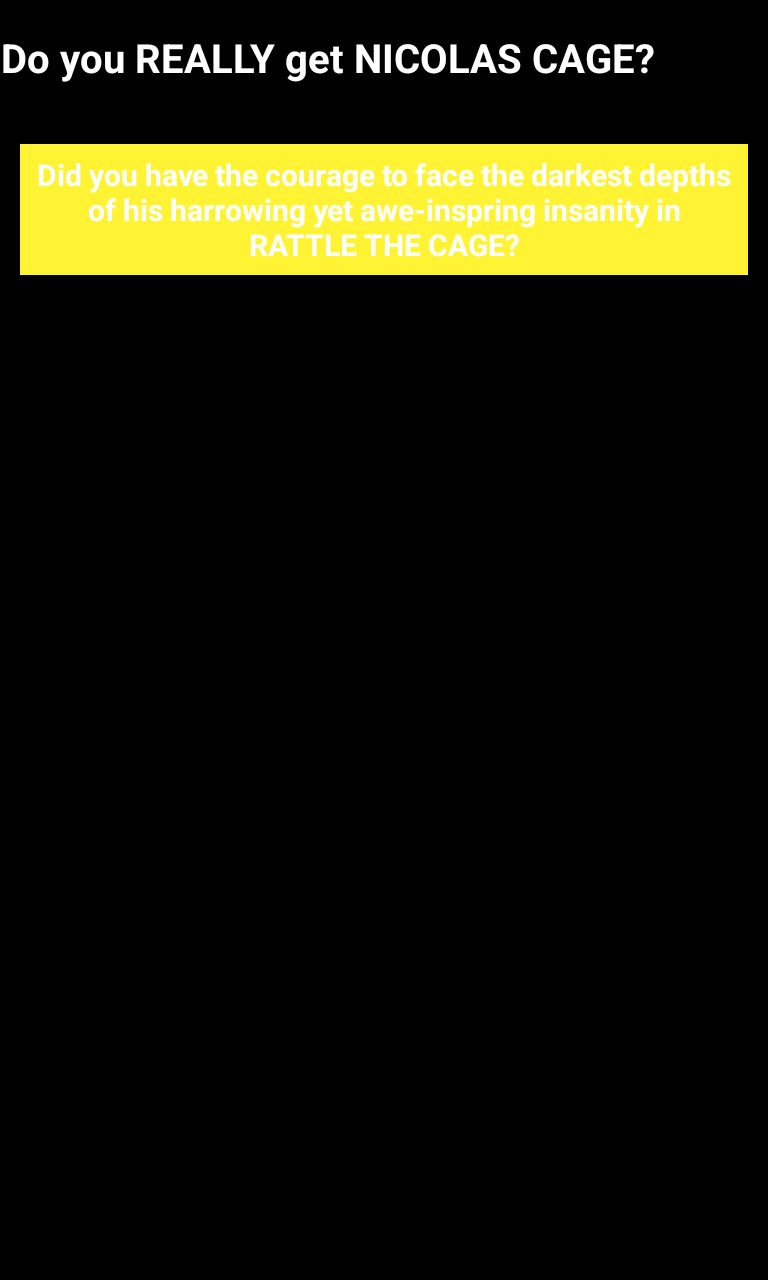
Repository: kylenicola/NicCageMobileApp
Layout: NicolasCageApp/res/layout/activity_score_menu.xml
An editor plug-in stored every save of this project. The layout is shown before and after a run of saves, followed by the edit.
It is drawn on a 768 x 1280 px phone screen (xhdpi) without system bars, with theme AppTheme; the app's code is not run.

Above is the layout before, as saved 2014-12-04 02:20:03.

### NicolasCageApp/res/layout/activity_score_menu.xml
<?xml version="1.0" encoding="utf-8"?>

<LinearLayout xmlns:android="http://schemas.android.com/apk/res/android"
	android:layout_width="match_parent"
	android:layout_height="match_parent"
	android:background="@android:color/background_dark"
	android:orientation="vertical" >

	 <TextView
	     android:id="@+id/scoreMenuTitle"
	     android:layout_width="wrap_content"
	     android:layout_height="wrap_content"
	     android:gravity="center"
	     android:layout_marginTop="15dp"
	     android:text="@string/score_menu_title"
	     android:textSize="20sp"
	     android:textStyle="bold"
	     android:textColor="@android:color/white" />

	 <Button
		android:id="@+id/button_scoreRattleTheCage"
	    android:layout_width="wrap_content"
	    android:layout_height="wrap_content"
	    android:layout_gravity="center"
	    android:layout_marginTop="30dp"
	    android:layout_marginLeft="10dp"
	    android:layout_marginRight="10dp"
	    android:paddingTop="5dp"
	    android:paddingBottom="5dp"
	    android:paddingLeft="5dp"
	    android:paddingRight="5dp"
	    android:background="#fff333"
	    android:text="@string/rattle_the_cage_score_description"
	    android:textColor="@android:color/white"
	    android:textStyle="bold"
	    android:textSize="15sp"
	    android:OnClick="onClickRattleTheCageScore" />




</LinearLayout>

### NicolasCageApp/res/values/strings.xml
<?xml version="1.0" encoding="utf-8"?>
<resources>

    <string name="app_name">NicolasCageApp</string>
    <string name="hello_world">Hello world!</string>
    <string name="action_settings">Settings</string>
    <string name="title_activity_abcs_with_nic">AbcsWithNic</string>
    <string name="takeQuiz">TAKE THE QUIZ</string>
    <string name="title_activity_settings">Settings</string>
    <string name="slow_down_ABCs">Slow down A, B, C game</string>
    <string name="noSlowDown">NICOLAS CAGE SLOWS DOWN FOR NO MAN</string>
    <string name="score_title">Scores</string>
    <string name="rattle_the_cage_title">Rattle The Cage</string>
    <string name="rattle_the_cage_label">Total Score: </string>
    <string name="title_activity_score_menu">ScoreMenu</string>
    <string name="score_menu_title">Do you REALLY get NICOLAS CAGE?</string>
    <string name="rattle_the_cage_score_description">Did you have the courage to face the darkest depths of his harrowing yet awe-inspring insanity in RATTLE THE CAGE?</string>
    <string name="title_activity_rattle_the_cage_score">RattleTheCageScore</string>

</resources>

Loaded but not shown: NicolasCageApp/res/values/styles.xml (common file); NicolasCageApp/res/values-v11/styles.xml (common file); NicolasCageApp/res/values-v14/styles.xml (common file)

After the next 2 saves:
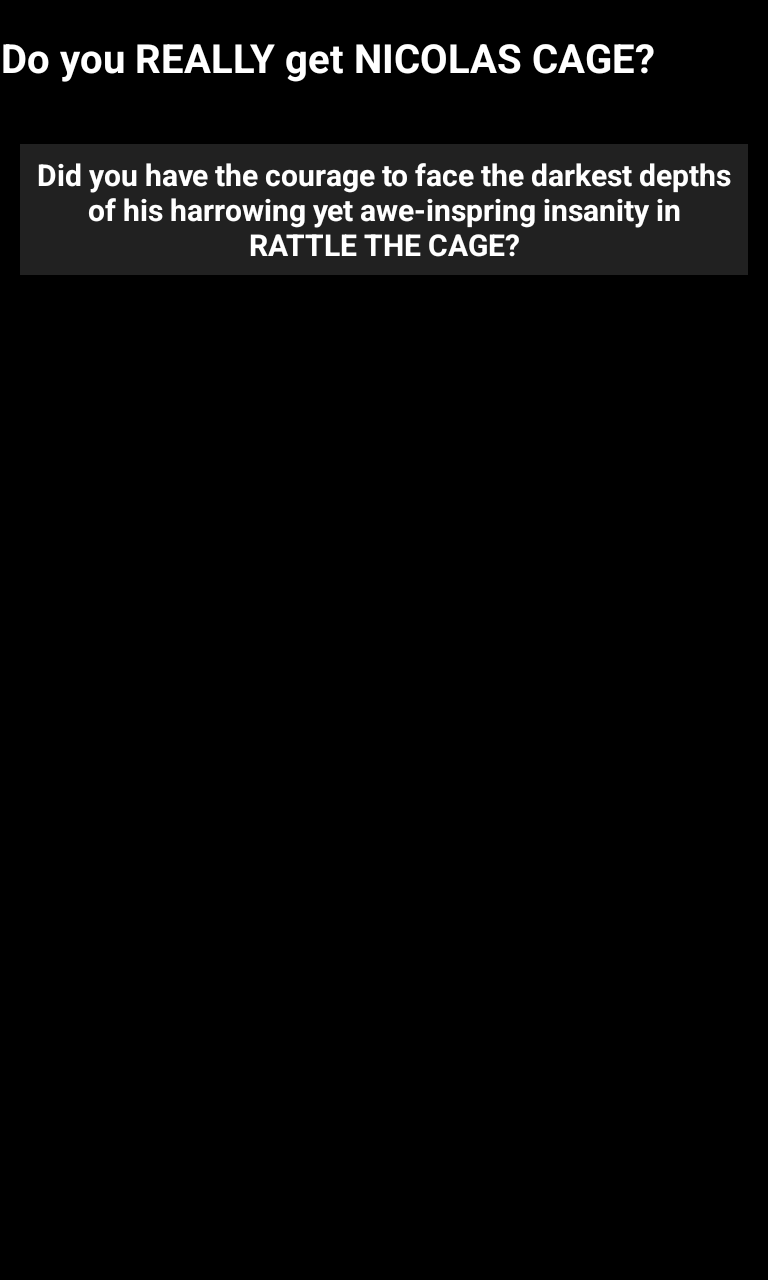
The 2 saves are shown as one change because they came seconds apart.
The last was saved 106 s later.
--- a/NicolasCageApp/res/layout/activity_score_menu.xml
+++ b/NicolasCageApp/res/layout/activity_score_menu.xml
@@ -29,7 +29,7 @@
 	    android:paddingBottom="5dp"
 	    android:paddingLeft="5dp"
 	    android:paddingRight="5dp"
-	    android:background="#fff333"
+	    android:background="#212121"
 	    android:text="@string/rattle_the_cage_score_description"
 	    android:textColor="@android:color/white"
 	    android:textStyle="bold"
